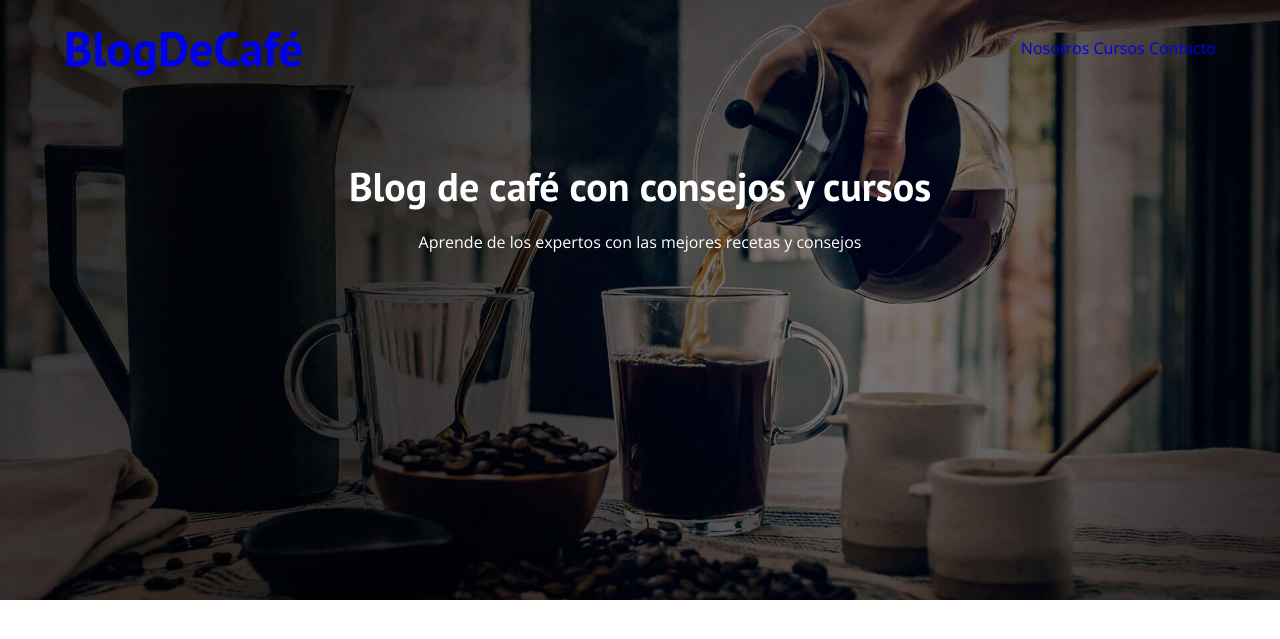
Repository: araque1990/blog_de_cafe
Page: index.html
The author's editor kept a copy of each file at every save. The page is drawn from the files as they stood at one save, then again after the next save.
The browser window is 1280 px wide. The pictures show the whole page.

Above is the page before, as saved 2023-01-11 11:37:21.

### index.html
<!DOCTYPE html>
<html lang="es">
<head>
  <meta charset="UTF-8">
  <meta http-equiv="X-UA-Compatible" content="IE=edge">
  <meta name="viewport" content="width=device-width, initial-scale=1.0">
  <title>Blog de Café</title>
  <link rel="stylesheet" href="css/normalize.css">
  <link rel="preconnect" href="https://fonts.googleapis.com"><link rel="preconnect" href="https://fonts.gstatic.com" crossorigin><link href="https://fonts.googleapis.com/css2?family=Open+Sans&family=PT+Sans:wght@400;700&display=swap" rel="stylesheet">
  <link rel="stylesheet" href="css/styles.css">
</head>
<body>

  <header class="header">
    <div class="contenedor">
      <div class="barra">
        <a class="logo" href="index.html">
          <h1 class="logo__nombre no-margin centrar-texto">Blog<span class="logo__bold">DeCafé</span></h1>
        </a>

        <nav class="navegacion">
          <a href="nosotros.html" class="navegacion__enlace">Nosotros</a>
          <a href="cursos.html" class="navegacion__enlace">Cursos</a>
          <a href="contacto.html" class="navegacion__enlace">Contacto</a>
        </nav>
      </div>
    </div>
    <div class="header__texto">
      <h2 class="no-margin">Blog de café con consejos y cursos</h2>
      <p class="no-margin">Aprende de los expertos con las mejores recetas y consejos</p>
    </div>
  </header>

</body>
</html>

### css/styles.css
:root {
  --fuenteHeading: 'PT Sans', sans-serif;
  --fuenteParrafos: 'Open Sans', sans-serif;

  --primario: #784D3C;
  --blanco: #FFF;
  --negro: #000;
}
html {
  box-sizing: border-box;
  font-size: 62.5%;
}
*, *:before, *:after {
  box-sizing: inherit;
}
body {
  font-family: var(--fuenteParrafos);
  font-size: 1.6rem;
  line-height: 2;
}

/* Globales */
.contenedor {
  max-width: 120rem;
  width: 90%;
  margin: 0 auto;
}
a {
  text-decoration: none;
}
h1, h2, h3, h4 {
  font-family: var(--fuenteHeading);
}
h1 {
  font-size: 4.8rem;
}
h2 {
  font-size: 4rem;
}
h3 {
  font-size: 3.2rem;
}
h4 {
  font-size: 2.8rem;
}
img {
  max-width: 100%;
}

/* Utilidades */
.no-margin {
  margin: 0;
}
.no-padding {
  padding: 0;
}
.centrar-texto {
  text-align: center;
}

/* Header */
.header {
  background-image: url(../img/banner.jpg);
  height: 60rem;
  background-size: cover;
  background-repeat: no-repeat;
  background-position: center center;
}
.header__texto {
  text-align: center;
  color: var(--blanco);
  margin-top: 5rem;
}

@media (min-width: 768px) {
  .barra {
    display: flex;
    justify-content: space-between;
    align-items: center;
    gap: 2rem;
  }
}

Loaded but not shown: css/normalize.css (library)

After the next save:
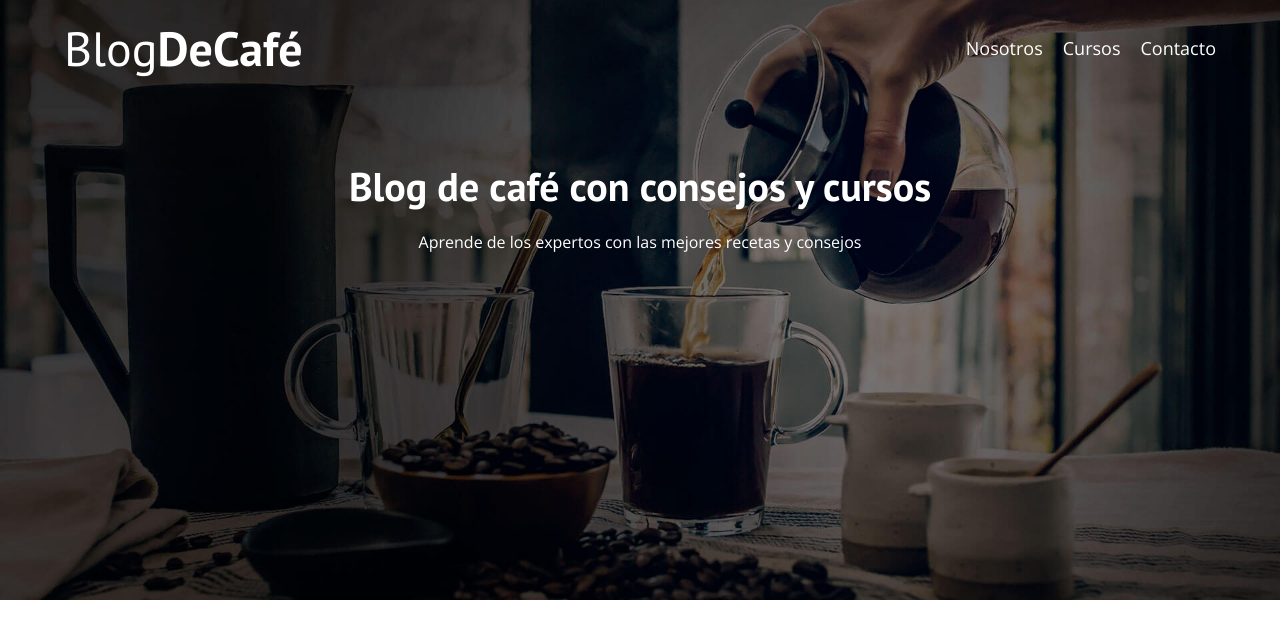
Saved 3 min 33 s later.
--- a/css/styles.css
+++ b/css/styles.css
@@ -77,6 +77,27 @@ img {
     display: flex;
     justify-content: space-between;
     align-items: center;
+  }
+}
+.logo {
+  color: var(--blanco);
+}
+.logo__nombre {
+  font-weight: 400;
+}
+.logo__bold {
+  font-weight: 700;
+}
+
+@media (min-width: 768px) {
+  .navegacion {
+    display: flex;
     gap: 2rem;
   }
 }
+.navegacion__enlace {
+  display: block;
+  text-align: center;
+  font-size: 1.8rem;
+  color: var(--blanco);
+}
